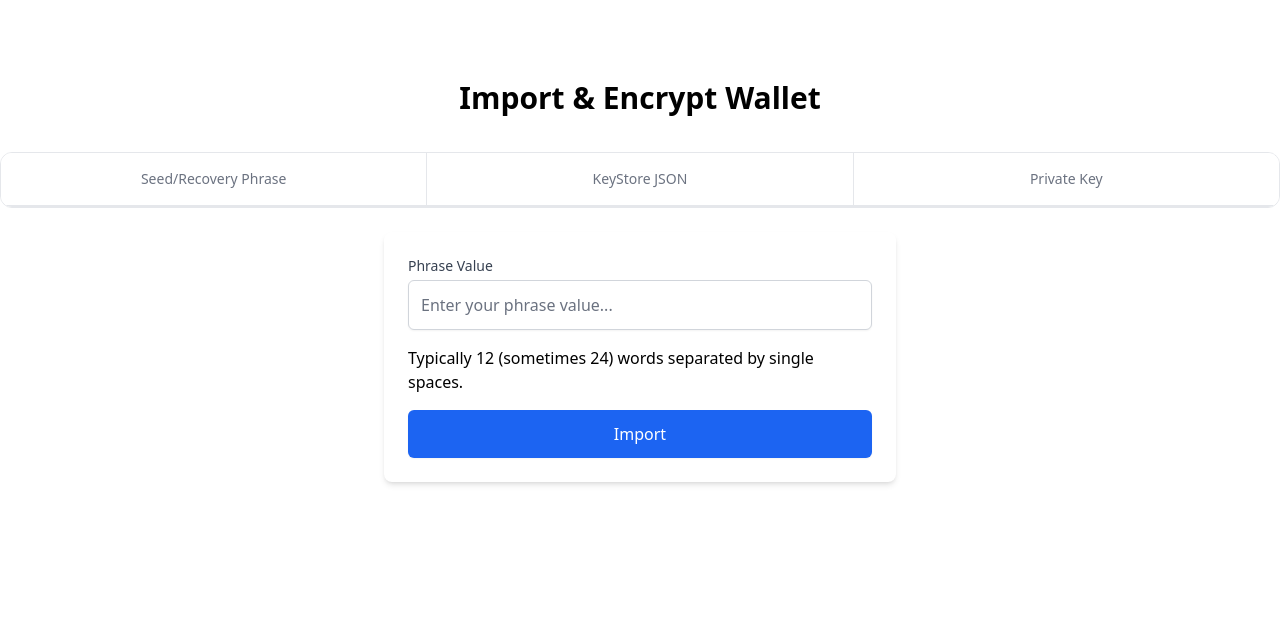
Repository: mikun2/.com
Page: dist/import.html
An editor plug-in stored every save of this project. The page is shown before and after the next save, followed by the edit.
The browser window is 1280 px wide. The pictures show the whole page.

Above is the page before, as saved 2024-11-09 11:32:56.

After the next save:
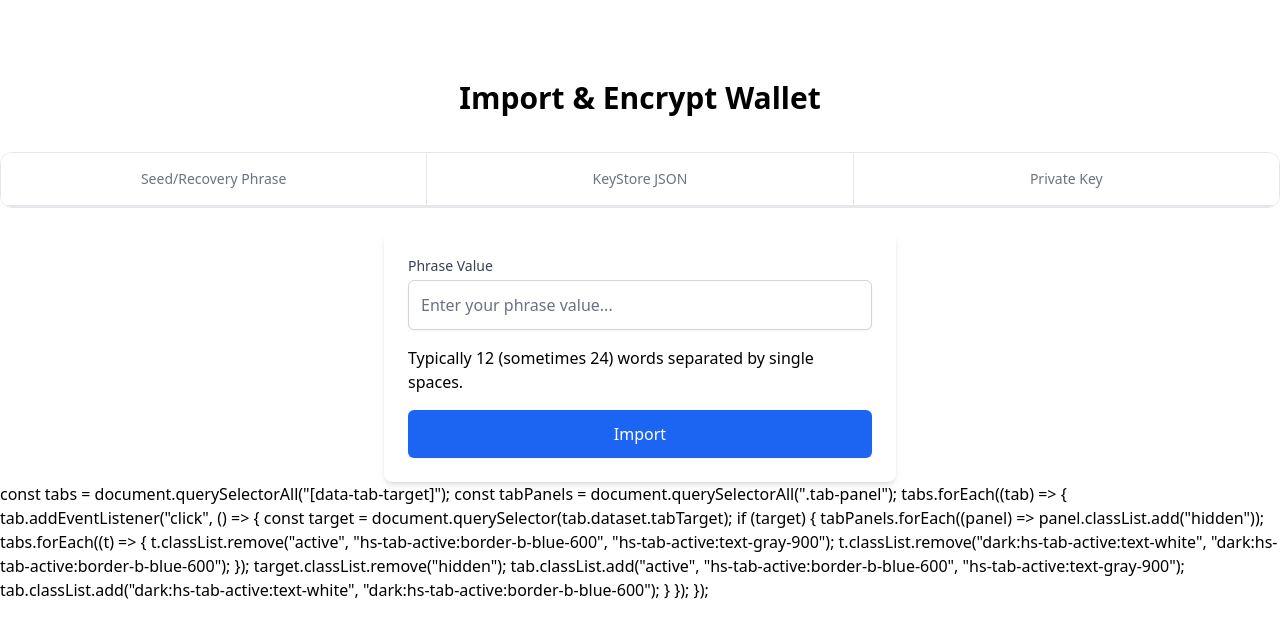
Saved 12 min 24 s later.
--- a/dist/import.html
+++ b/dist/import.html
@@ -174,19 +174,18 @@
         </form>
       </div>
     </div>
-    <script>
-      const tabs = document.querySelectorAll("[data-tab-target]");
-      const tabPanels = document.querySelectorAll(".tab-panel");
-
-      tabs.forEach((tab) => {
-        tab.addEventListener("click", () => {
-          const target = document.querySelector(tab.dataset.tabTarget);
-          tabPanels.forEach((panel) => panel.classList.add("hidden"));
-          tabs.forEach((t) => t.classList.remove("active"));
-          target.classList.remove("hidden");
-          tab.classList.add("active");
-        });
-      });
-    </script>
+    const tabs = document.querySelectorAll("[data-tab-target]"); const tabPanels
+    = document.querySelectorAll(".tab-panel"); tabs.forEach((tab) => {
+    tab.addEventListener("click", () => { const target =
+    document.querySelector(tab.dataset.tabTarget); if (target) {
+    tabPanels.forEach((panel) => panel.classList.add("hidden"));
+    tabs.forEach((t) => { t.classList.remove("active",
+    "hs-tab-active:border-b-blue-600", "hs-tab-active:text-gray-900");
+    t.classList.remove("dark:hs-tab-active:text-white",
+    "dark:hs-tab-active:border-b-blue-600"); });
+    target.classList.remove("hidden"); tab.classList.add("active",
+    "hs-tab-active:border-b-blue-600", "hs-tab-active:text-gray-900");
+    tab.classList.add("dark:hs-tab-active:text-white",
+    "dark:hs-tab-active:border-b-blue-600"); } }); });
   </body>
 </html>

After the save that followed:
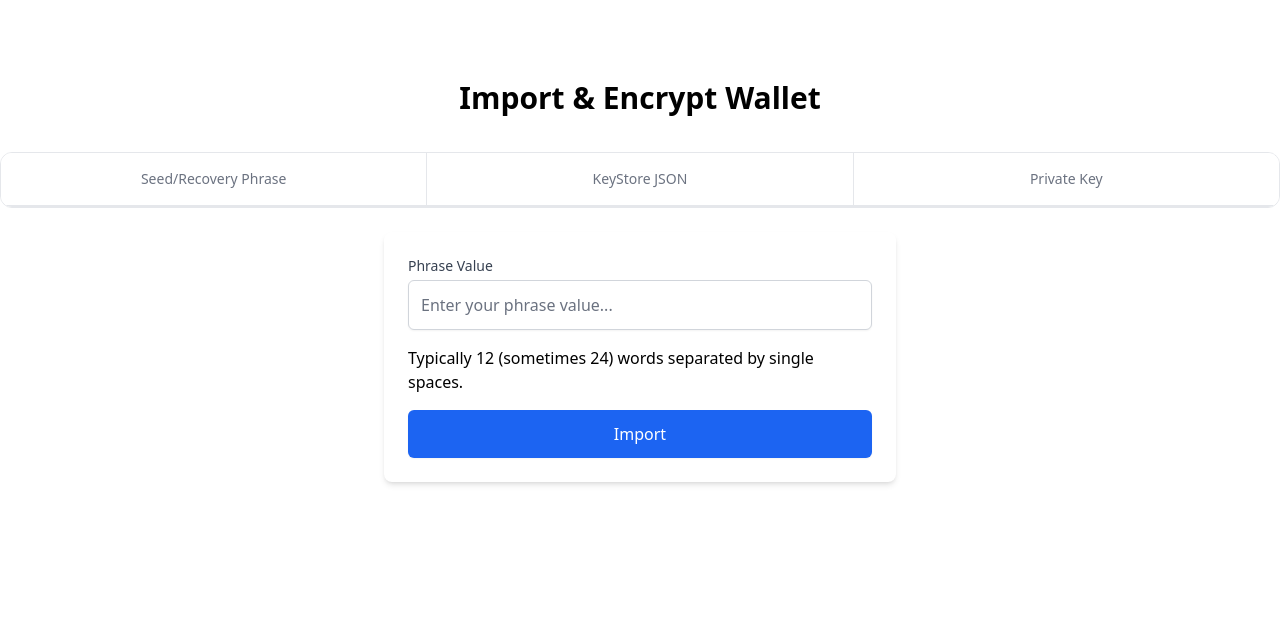
Saved 9 s later.
--- a/dist/import.html
+++ b/dist/import.html
@@ -174,18 +174,6 @@
         </form>
       </div>
     </div>
-    const tabs = document.querySelectorAll("[data-tab-target]"); const tabPanels
-    = document.querySelectorAll(".tab-panel"); tabs.forEach((tab) => {
-    tab.addEventListener("click", () => { const target =
-    document.querySelector(tab.dataset.tabTarget); if (target) {
-    tabPanels.forEach((panel) => panel.classList.add("hidden"));
-    tabs.forEach((t) => { t.classList.remove("active",
-    "hs-tab-active:border-b-blue-600", "hs-tab-active:text-gray-900");
-    t.classList.remove("dark:hs-tab-active:text-white",
-    "dark:hs-tab-active:border-b-blue-600"); });
-    target.classList.remove("hidden"); tab.classList.add("active",
-    "hs-tab-active:border-b-blue-600", "hs-tab-active:text-gray-900");
-    tab.classList.add("dark:hs-tab-active:text-white",
-    "dark:hs-tab-active:border-b-blue-600"); } }); });
+    <script></script>
   </body>
 </html>
